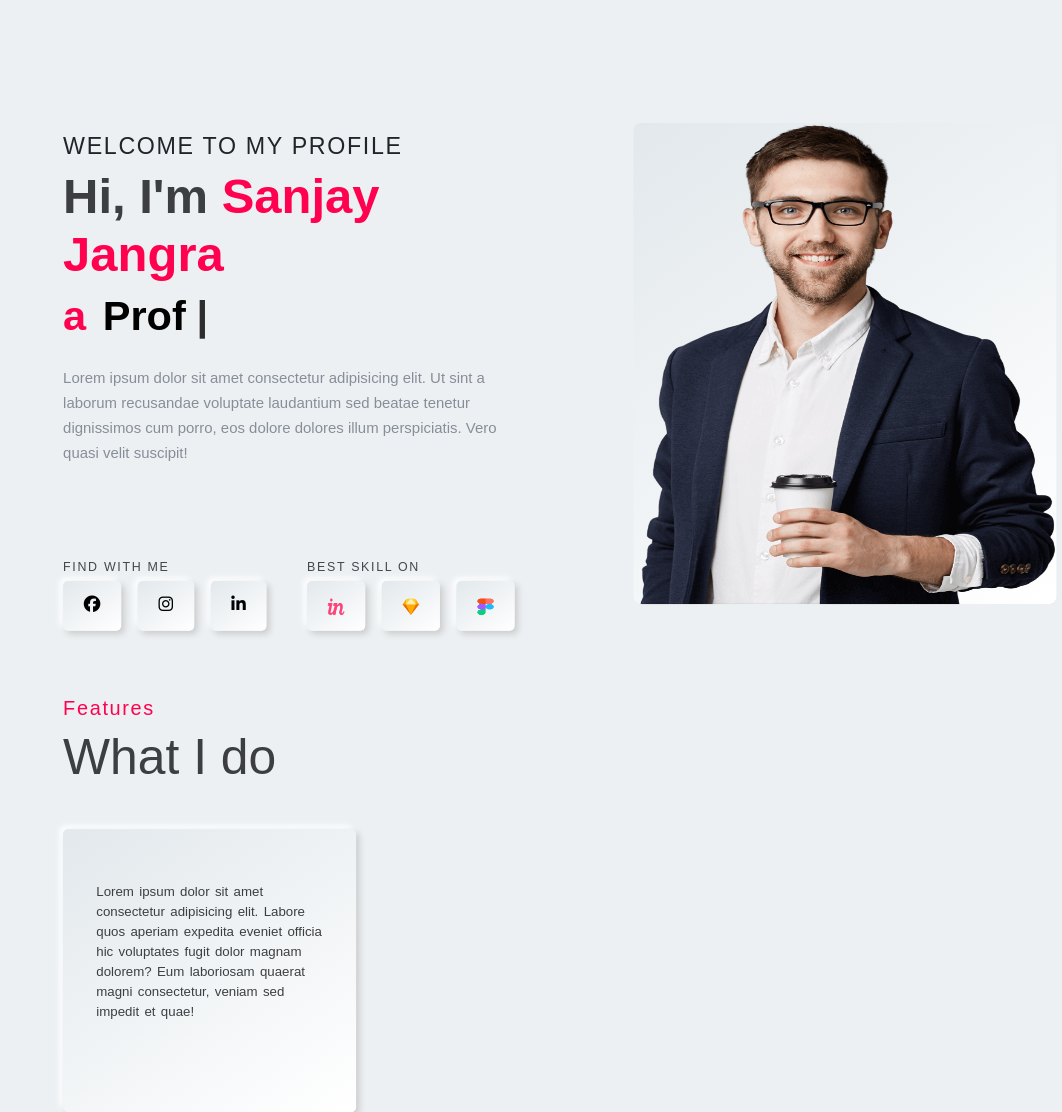
Repository: Sanjayjangra88/PortFolio
Page: /
The author's editor kept a copy of each file at every save. The page is drawn from the files as they stood at one save, then again after the next save.
The browser window is 1280 px wide. The pictures show the whole page, at 83% of full size.
Some web libraries are served in a nearby version. The project was rebuilt for these pictures with package versions that can differ from the ones it lists, and the page was loaded fresh each time. Also part of the build but not shown: src/Components/Header/Header.jsx.

Above is the page before, as saved 2022-09-10 22:15:44.

### public/index.html
<!DOCTYPE html>
<html lang="en">
  <head>
    <meta charset="utf-8" />
    <link rel="icon" href="%PUBLIC_URL%/favicon.ico" />
    <meta name="viewport" content="width=device-width, initial-scale=1" />
    <meta name="theme-color" content="#000000" />
    <meta
      name="description"
      content="Web site created using create-react-app"
    />
    <link rel="apple-touch-icon" href="%PUBLIC_URL%/logo192.png" />
    <!--
      manifest.json provides metadata used when your web app is installed on a
      user's mobile device or desktop. See https://developers.google.com/web/fundamentals/web-app-manifest/
    -->
    <link rel="manifest" href="%PUBLIC_URL%/manifest.json" />
    <link rel="stylesheet" href="https://cdnjs.cloudflare.com/ajax/libs/font-awesome/6.1.1/css/all.min.css" integrity="sha512-KfkfwYDsLkIlwQp6LFnl8zNdLGxu9YAA1QvwINks4PhcElQSvqcyVLLD9aMhXd13uQjoXtEKNosOWaZqXgel0g==" crossorigin="anonymous" referrerpolicy="no-referrer" />

    <!--
      Notice the use of %PUBLIC_URL% in the tags above.
      It will be replaced with the URL of the `public` folder during the build.
      Only files inside the `public` folder can be referenced from the HTML.

      Unlike "/favicon.ico" or "favicon.ico", "%PUBLIC_URL%/favicon.ico" will
      work correctly both with client-side routing and a non-root public URL.
      Learn how to configure a non-root public URL by running `npm run build`.
    -->

    <link rel="manifest" href="%PUBLIC_URL%/manifest.json" />
    <link href="https://cdn.jsdelivr.net/npm/bootstrap@5.0.2/dist/css/bootstrap.min.css" rel="stylesheet" integrity="sha384-EVSTQN3/azprG1Anm3QDgpJLIm9Nao0Yz1ztcQTwFspd3yD65VohhpuuCOmLASjC" crossorigin="anonymous">
    <title>React App</title>
  </head>
  <body>
    <noscript>You need to enable JavaScript to run this app.</noscript>
    <div id="root"></div>
    <script src="https://kit.fontawesome.com/7578c5a215.js" crossorigin="anonymous"></script>
    <!--
      This HTML file is a template.
      If you open it directly in the browser, you will see an empty page.

      You can add webfonts, meta tags, or analytics to this file.
      The build step will place the bundled scripts into the <body> tag.

      To begin the development, run `npm start` or `yarn start`.
      To create a production bundle, use `npm run build` or `yarn build`.
    -->

    <script src="https://cdn.jsdelivr.net/npm/@popperjs/core@2.9.2/dist/umd/popper.min.js" integrity="sha384-IQsoLXl5PILFhosVNubq5LC7Qb9DXgDA9i+tQ8Zj3iwWAwPtgFTxbJ8NT4GN1R8p" crossorigin="anonymous"></script>
<script src="https://cdn.jsdelivr.net/npm/bootstrap@5.0.2/dist/js/bootstrap.min.js" integrity="sha384-cVKIPhGWiC2Al4u+LWgxfKTRIcfu0JTxR+EQDz/bgldoEyl4H0zUF0QKbrJ0EcQF" crossorigin="anonymous"></script>
  </body>
</html>

### src/App.js
import React from 'react'
import Header from './Components/Header/Header';
import "./App.css"
import Home from './Components/Home/Home';
import Features from './Components/Features/Features';
const App = () => {
  return (
    <>
      {/* <Header/> */}
      <Home/>
      <Features/>
    </>
  )
}

export default App

### src/App.css
@import url('https://fonts.googleapis.com/css2?family=Dancing+Script&family=EB+Garamond:ital,wght@1,500&family=Roboto+Slab:wght@300&display=swap');
* {
  padding: 0;
  margin: 0;
  box-sizing: border-box;
}
html {
  scroll-behavior: smooth;
}
body {
  font-family: "Poppins", sans-serif;
  background-color: #ecf0f3;
}
.container {
  max-width: 95%;
  margin: auto;
}
.d_flex {
  display: flex;
  justify-content: space-between;
}
.f_flex {
  display: flex;
}
a {
  text-decoration: none;
  color: black;
}
li {
  list-style: none;
}
.uppercase {
  text-transform: uppercase;
}
.capitalize {
  text-transform: capitalize;
}

button {
  border: none;
  outline: none;
  background-color: none;
}

.btn_shadow {
  padding: 18px 25px;
  border-radius: 6px;
  transition: 0.3s all ease;
  cursor: pointer;
  color: #000;
  transition: 0.5s;
}
.btn_shadow {
  background: linear-gradient(145deg, #e2e8ec, #ffffff);
  box-shadow: 4px 4px 8px #cbcbcb, -4px -4px 8px #ffffff;
}
.btn_shadow:hover {
  background: #ff014f;
  color: white;
  transform: translateY(-10px);
}
.box_shodow {
  background: linear-gradient(145deg, #e2e8ec, #ffffff);
  box-shadow: 4px 4px 8px #cbcbcb, -4px -4px 8px #ffffff;
  border-radius: 10px;
}
.row,
.left,
.right {
  width: 50%;
}
.top {
  margin-top: 80px;
}
.mtop {
  margin-top: 40px;
}
.heading {
  margin: 50px 0 50px 0;
}
.heading h4 {
  color: #ff014f;
  letter-spacing: 2px;
  font-weight: 400;
}
.heading h1 {
  font-size: 60px;
  color: #3c3e41;
}
h1 {
  color: #3c3e41;
}
.grid {
  display: grid;
  grid-template-columns: repeat(3, 1fr);
  grid-gap: 35px;
}
p {
  color: #3c3e41;
}
.text-center {
  text-align: center;
}
.primary_color {
  color: #ff014f;
}
textarea,
input {
  width: 100%;
  padding: 20px;
  border-radius: 5px;
  outline: none;
  border: 3px solid #e2e8ec;
  margin-bottom: 20px;
}
/*----------Footer---------*/
footer {
  margin: 20% 0 10% 0;
}
footer p {
  margin-top: 30px;
}
/*----------Footer---------*/
@media (max-width: 768px) {
  .grid {
    grid-template-columns: repeat(2, 1fr);
  }
  .left,
  .right {
    width: 100%;
  }
  }

### src/Components/Home/Home.jsx
import React from 'react'
import './home.css'
import hero from '../Pic/hero.png'
import skill1 from '../Pic/skill1.png'
import skill2 from '../Pic/skill2.png'
import skill3 from '../Pic/skill3.png'

import { Typewriter} from 'react-simple-typewriter'

const Home = () => {
  return (
    <>
      <section className='hero'id='home'>
        <div className="container f_flex top">
            <div className="left top">
                <h3>WELCOME TO MY PROFILE</h3>
                <h1>
                    Hi, I'm <span>Sanjay Jangra</span>
                    </h1>
                <h2>
                    a
                    <span>
                    <Typewriter
            words={['Web Developer', 'Professional Coder.']}
            loop
            cursor
            cursorStyle='|'
            typeSpeed={70}
            deleteSpeed={50}
            delaySpeed={1000}

            />
                        </span></h2>
                        <p>
Lorem ipsum dolor sit amet consectetur adipisicing elit. Ut sint a laborum recusandae voluptate laudantium sed beatae tenetur dignissimos cum porro, eos dolore dolores illum perspiciatis. Vero quasi velit suscipit!
                        </p>
                        <div className='hero_btn d_flex'>
                            <div className="col_1">
                                <h4>FIND WITH ME</h4>
                                <div className="button">
                                    <button className='btn_shadow'>
                                        <i className='fab fa-facebook'></i>
                                    </button>
                                    <button className='btn_shadow'>
                                        <i className='fab fa-instagram'></i>
                                    </button>
                                    <button className='btn_shadow'>
                                        <i className='fab fa-linkedin-in'></i>
                                    </button>
                                </div>
                            </div>
                            <div className="col_1">
                                <h4>BEST SKILL ON</h4>
                                <button className='btn_shadow'>
                                        <img src={skill1}alt=''/>
                                    </button>
                                <button className='btn_shadow'>
                                        <img src={skill2}alt=''/>
                                    </button>
                                <button className='btn_shadow'>
                                        <img src={skill3}alt=''/>
                                    </button>
                            </div>
                        </div>
            </div>
            <div className="right">
                <div className="right_img">
                    <img src={hero}alt=''/>
                </div>
            </div>
        </div>
      </section>
    </>
  )
}

export default Home

### src/Components/Features/Features.jsx
import React from 'react'
import './features.css'

const Features = () => {
  return (
    <>
    <section className='features top'id='features'>
        <div className="container">
            <div className="heading">
                <h4>Features</h4>
                <h1>What  I do</h1>
            </div>
            <div className="content grid">
                <div className="box btn_shadow">
                    <img src=''alt=''/>
                    <p>Lorem ipsum dolor sit amet consectetur adipisicing elit. Labore quos aperiam expedita eveniet officia hic voluptates fugit dolor magnam dolorem? Eum laboriosam quaerat magni consectetur, veniam sed impedit et quae!</p>
                     <a href=''><i className='fas fa-arrow-right'></i></a>
                </div>
            </div>
        </div>
    </section>
    </>
  )
}

export default Features

### src/Components/Header/header.css

*,
*::after,
*::before{
    box-sizing: border-box;
    padding: 0;
    margin: 0;
}

.html{
    font-size: 62.5%;
}

.navbar input[type="checkbox"],
.navbar .hamburger-lines{
    display: none;
}

.container{
    max-width: 1200px;
    width: 90%;
    margin: auto;
}

.navbar{
    box-shadow: 0px 5px 10px 0px #aaa;
    position: fixed;
    width: 100%;
    background: #FAA7B8;
    color: #000;
    opacity: 0.85;
    z-index: 100;
}

.navbar-container{
    display: flex;
    justify-content: space-between;
    height: 64px;
    align-items: center;
}

.menu-items{
    margin-top: 15px;
    order: 2;
    display: flex;
}
.logo{
    order: 1;
    font-size: 2.3rem;
    margin-bottom: 5px;
}

.menu-items li{
    list-style: none;
    margin-left: 1.5rem;
    font-size: 1.3rem;
}

.navbar a{
    color: #444;
    text-decoration: none;
    font-weight: 500;
    transition: color 0.3s ease-in-out;
}

.navbar a:hover{
    color: #117964;
}
.home-btn:hover {
  background: #ff014f;
  color: white;
}


.home-btn {
  padding: 18px 25px;
  height: 1vh;
  line-height: 1vh;
  font-size: 13px;
  border-radius: 6px;
  transition: 0.3s all ease;
  cursor: pointer;
  height: fit-content;
  color: #ff014f;

}
.home-btn {
  background: linear-gradient(145deg, #e2e8ec, #ffffff);
  box-shadow: 4px 4px 8px #cbcbcb, -4px -4px 8px #ffffff;
}
navbar {
  transition: 0.5s;
  font-size: 13px;
  font-weight: 500;
  letter-spacing: 2px;
}





@media (max-width: 900px){
    .navbar{
        opacity: 0.95;
    }

    .navbar-container input[type="checkbox"],
    .navbar-container .hamburger-lines{
        display: block;
    }

    .navbar-container{
        display: block;
        position: relative;
        height: 64px;
    }

    .navbar-container input[type="checkbox"]{
        position: absolute;
        display: block;
        height: 32px;
        width: 30px;
        top: 20px;
        left: 20px;
        z-index: 5;
        opacity: 0;
        cursor: pointer;
    }

    .navbar-container .hamburger-lines{
        display: block;
        height: 28px;
        width: 35px;
        position: absolute;
        top: 20px;
        left: 20px;
        z-index: 2;
        display: flex;
        flex-direction: column;
        justify-content: space-between;
    }

    .navbar-container .hamburger-lines .line{
        display: block;
        height: 4px;
        width: 100%;
        border-radius: 10px;
        background: #333;
    }

    .navbar-container .hamburger-lines .line1{
        transform-origin: 0% 0%;
        transition: transform 0.3s ease-in-out;
    }

    .navbar-container .hamburger-lines .line2{
        transition: transform 0.2s ease-in-out;
    }

    .navbar-container .hamburger-lines .line3{
        transform-origin: 0% 100%;
        transition: transform 0.3s ease-in-out;
    }

    .navbar .menu-items{
        padding-top: 100px;
        background: #fff;
        height: 100vh;
        max-width: 300px;
        transform: translate(-150%);
        display: flex;
        flex-direction: column;
        margin-left: -40px;
        padding-left: 40px;
        transition: transform 0.5s ease-in-out;
        box-shadow:  5px 0px 10px 0px #aaa;
        overflow: scroll;
    }

    .navbar .menu-items li{
        margin-bottom: 1.8rem;
        font-size: 1.1rem;
        font-weight: 500;
    }

    .logo{
        position: absolute;
        top: 10px;
        right: 15px;
        font-size: 2.5rem;

    }

    .navbar-container input[type="checkbox"]:checked ~ .menu-items{
        transform: translateX(0);
    }

    .navbar-container input[type="checkbox"]:checked ~ .hamburger-lines .line1{
        transform: rotate(45deg);
    }

    .navbar-container input[type="checkbox"]:checked ~ .hamburger-lines .line2{
        transform: scaleY(0);
    }

    .navbar-container input[type="checkbox"]:checked ~ .hamburger-lines .line3{
        transform: rotate(-45deg);
    }
    .home-btn:hover {
      background: #ff014f;
      color: white;

    }


    .home-btn {
      padding: 18px 25px;
      height: 1vh;
      line-height: 1vh;
      font-size: 13px;
      border-radius: 6px;
      transition: 0.3s all ease;
      cursor: pointer;
      height: fit-content;
      color: #ff014f;
      margin-right: 25px;

    }
    .home-btn {
      background: linear-gradient(145deg, #e2e8ec, #ffffff);
      box-shadow: 4px 4px 8px #cbcbcb, -4px -4px 8px #ffffff;
    }

}

@media (max-width: 500px){
    .navbar-container input[type="checkbox"]:checked ~ .logo{
        display: none;
    }
}
.demo{
  height: 300vh;
}

### src/Components/Home/home.css
.hero{
    position: relative;

}
.hero h3{
    font-weight: 100;
    letter-spacing: 2px;
}
.hero h1{
    font-size: 59px;
    font-weight: bold;
}
.hero h1 span{
    color: #ff014f;
}
.hero h2{
    font-size: 50px;
    font-weight: bold;
    color: #ff014f;
}
.hero h2 span{
    color: black;
    margin-left: 10px;
}
.hero p{
    color:#878e99;
    font-size: 18px;
    line-height: 30px;
    margin-top: 30px;
}
.hero_btn{
    margin-top: 20%;
}
/* .hero_btn{
    <element class="hero_btn">
    Selector Specificity:(0,1,0)
} */

.hero_btn h4{
    font-weight: 500;
    letter-spacing: 2px;
    color: #43474b;
    font-size: 15px;
    margin: 30pz 0 30px 0;

}
.hero_btn button{
    margin-right: 20px;
}
.hero_btn i{
    font-size: 20px;
}
.hero_btn button img{
    width: 20px;
    height: 20px;
   }
   .hero .left{
    margin-right: 10px;
   }
.hero .right{
    width: 40%;
    position: relative;
    }
.hero .right img{
    background: linear-gradient(145deg ,#e2e8ec , #ffffff);
    box-shadow: 4px 4px 8px #cbcbcb .4ox -4px 8px #ffffff;
    border-radius: 10px;
    height: 580px;
    width: 510px;
    margin-top: 15%;
    margin-left: 25%;

}
.hero .right_img img{
    position: absolute;
    top: 0;
    width: 510px;

}

### src/Components/Features/features.css
.features .box{
    padding: 40px;
    }
    .features .box h2{
        margin: 20px 0 20px 0;
    }
    .features .box p{
        word-spacing: 2px;
        transition: 0.5s;
    }
    .features .box i{
        font-size: 30px;
        margin-top: 20px;
        transition: 0.5s;
        opacity: 0;
    }
    .features .box:hover{
        color: white;
            }
    .features .box:hover i{
        opacity: 1;

    }

Loaded but not shown: src/index.js (common file); src/index.css (common file); src/reportWebVitals.js (common file)

After the next save:
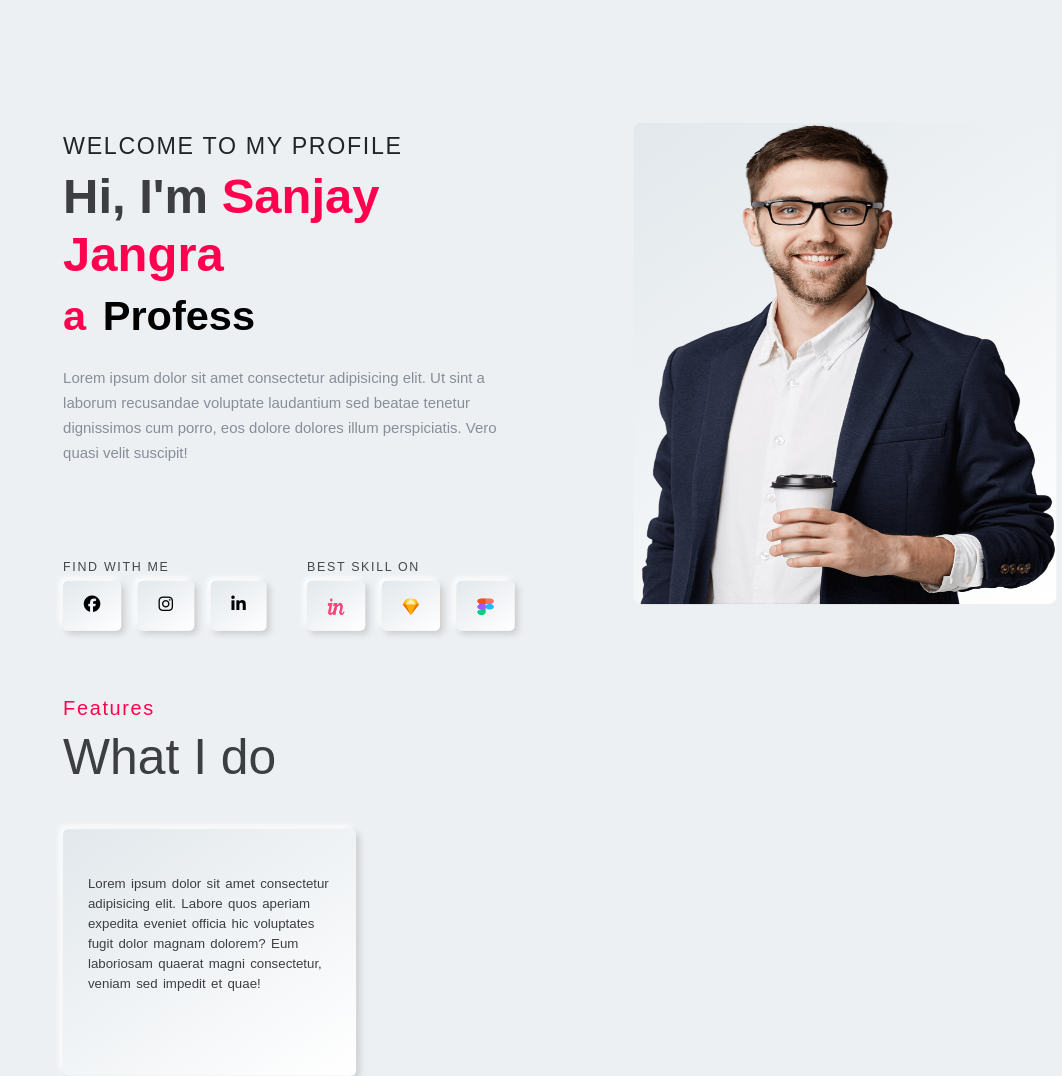
Saved 15 s later.
--- a/src/Components/Features/features.css
+++ b/src/Components/Features/features.css
@@ -1,5 +1,5 @@
 .features .box{
-    padding: 40px;
+    padding: 30px;
     }
     .features .box h2{
         margin: 20px 0 20px 0;

After the save that followed:
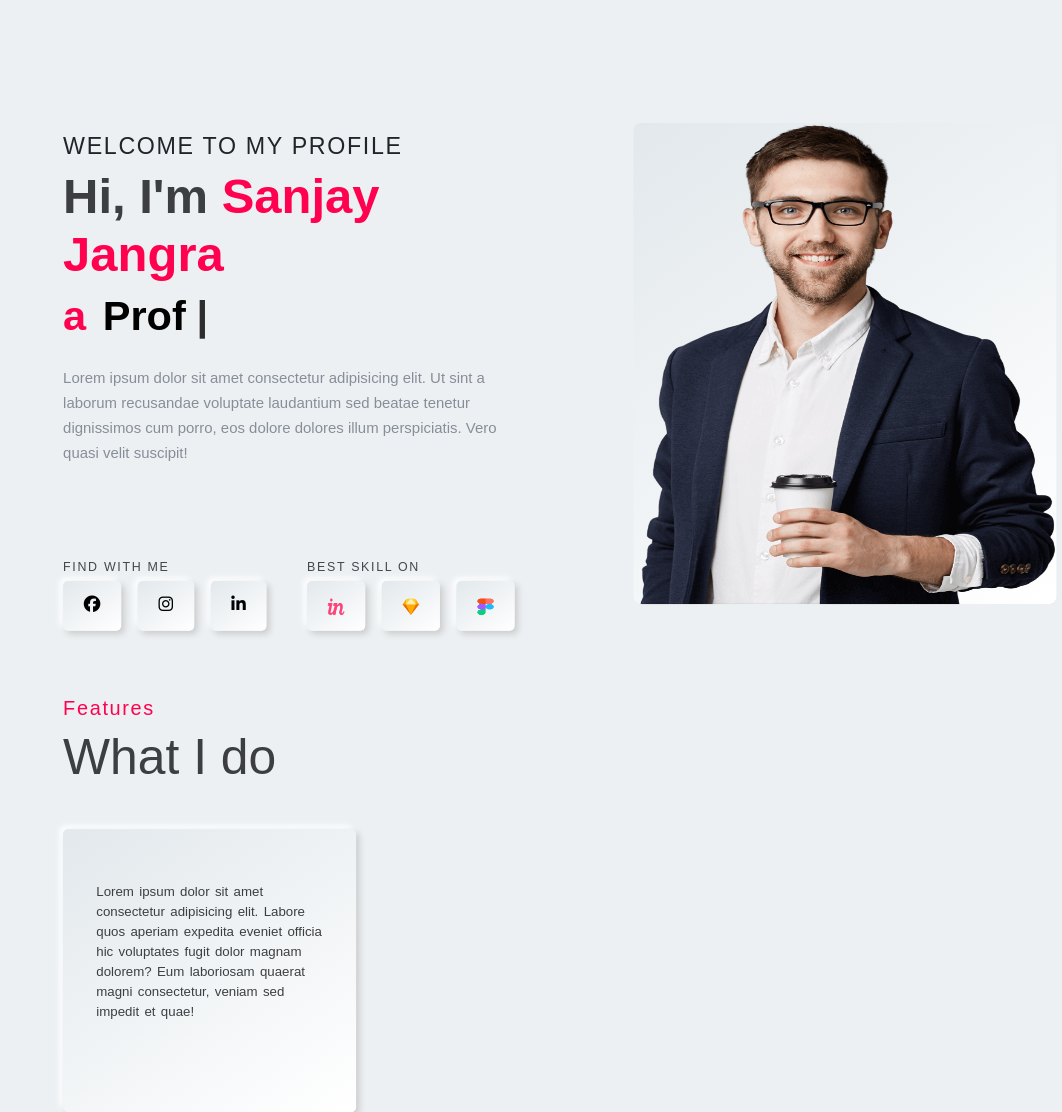
Saved 55 s later.
--- a/src/Components/Features/features.css
+++ b/src/Components/Features/features.css
@@ -1,5 +1,5 @@
 .features .box{
-    padding: 30px;
+    padding: 40px;
     }
     .features .box h2{
         margin: 20px 0 20px 0;
